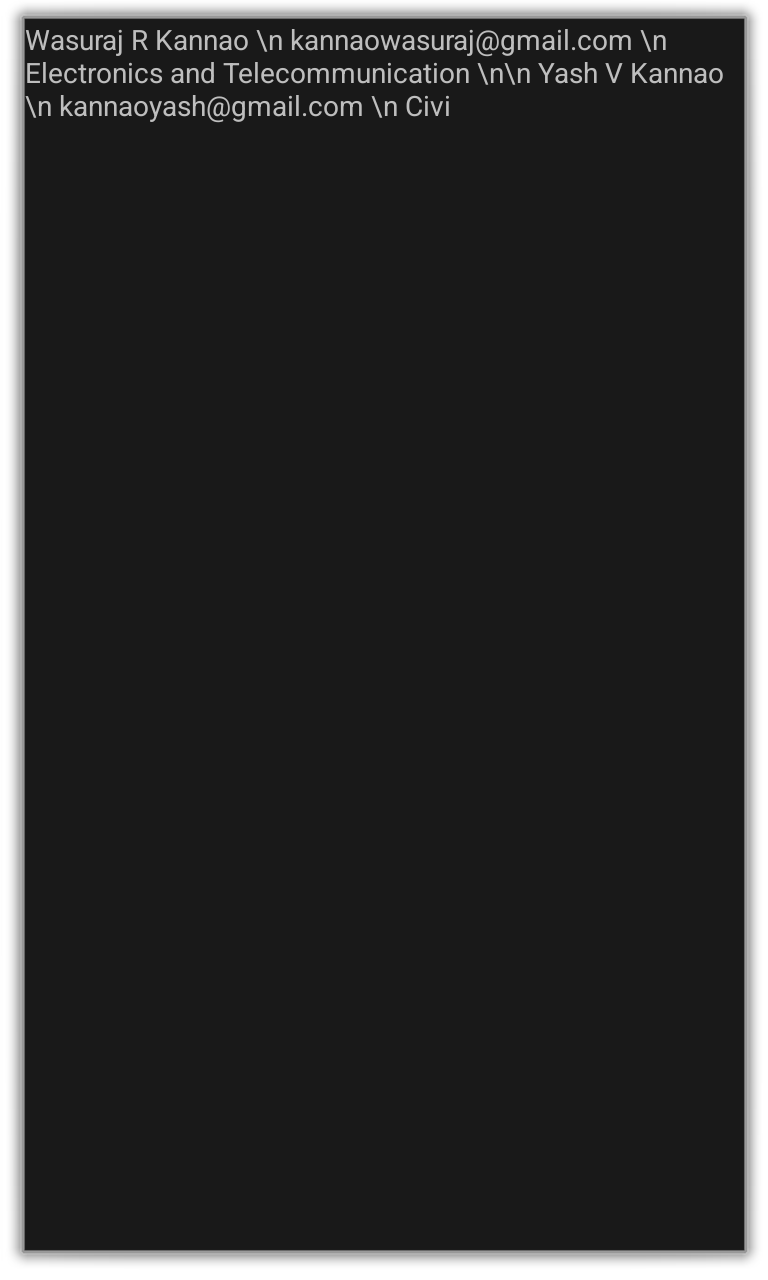
Repository: Attaphon1996/Engineering-Stuff
Layout: OSource/Android Play/Android_Projects/YASH15.0/res/layout/designer.xml
An editor plug-in stored every save of this project. The layout is shown before and after the next save, followed by the edit.
It is drawn on a 768 x 1280 px phone screen (xhdpi) without system bars, with theme android:Theme.Dialog; the app's code is not run.

Above is the layout before, as saved 2015-02-10 10:10:25.

### OSource/Android Play/Android_Projects/YASH15.0/res/layout/designer.xml
<?xml version="1.0" encoding="utf-8"?>
<LinearLayout xmlns:android="http://schemas.android.com/apk/res/android"
    xmlns:tools="http://schemas.android.com/tools"
    android:layout_width="match_parent"
    android:layout_height="match_parent"
    android:orientation="vertical" >

    <TextView
        android:id="@+id/designer"
        android:layout_width="wrap_content"
        android:layout_height="wrap_content"
        android:text="Wasuraj R Kannao \n kannaowasuraj@gmail.com \n Electronics and Telecommunication \n\n Yash V Kannao \n kannaoyash@gmail.com \n Civi"
        tools:ignore="HardcodedText" />

</LinearLayout>

After the next save:
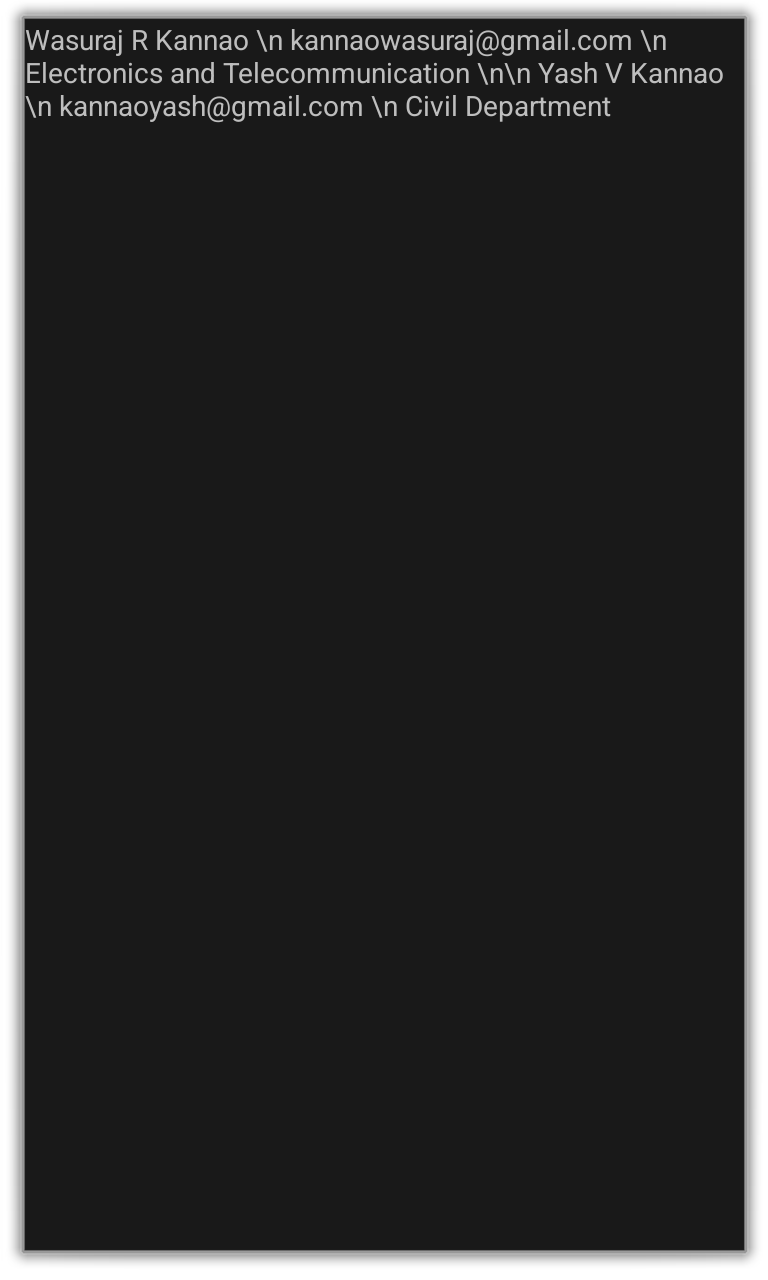
Saved 4 min 38 s later.
--- a/OSource/Android Play/Android_Projects/YASH15.0/res/layout/designer.xml
+++ b/OSource/Android Play/Android_Projects/YASH15.0/res/layout/designer.xml
@@ -9,7 +9,7 @@
         android:id="@+id/designer"
         android:layout_width="wrap_content"
         android:layout_height="wrap_content"
-        android:text="Wasuraj R Kannao \n kannaowasuraj@gmail.com \n Electronics and Telecommunication \n\n Yash V Kannao \n kannaoyash@gmail.com \n Civi"
+        android:text="Wasuraj R Kannao \n kannaowasuraj@gmail.com \n Electronics and Telecommunication \n\n Yash V Kannao \n kannaoyash@gmail.com \n Civil Department"
         tools:ignore="HardcodedText" />
 
 </LinearLayout>
